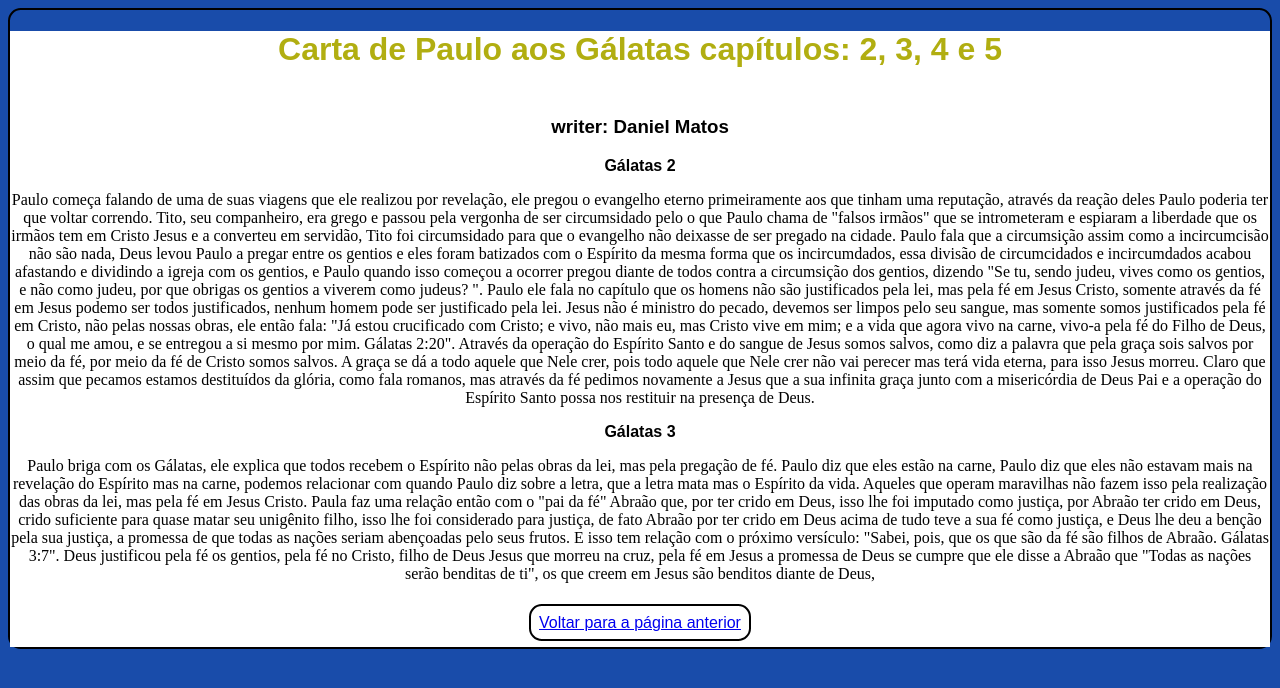
Repository: batmit/FutureFundation.github.io-1
Page: menu/articles/cristianism/importantchapters/galatians.html
These files come from the project's save history. The page is drawn as it stood at one moment and after the next save; the edit follows.
The browser window is 1280 px wide. The pictures show the whole page.

Above is the page before, as saved 2021-07-12 11:55:39.

### menu/articles/cristianism/importantchapters/galatians.html
<!DOCTYPE html>
<html lang="pt-BR">
<head>
    <meta charset="UTF-8">
    <meta http-equiv="X-UA-Compatible" content="IE=edge">
    <meta name="viewport" content="width=device-width, initial-scale=1.0">
    <title>Gálatas 2, 3, 4 e 5</title>
    <link rel="stylesheet" href="/menu/main.css">
</head>
<body>
    <div id="all">
        <header>
            <h1>
                Carta de Paulo aos Gálatas capítulos: 2, 3, 4 e 5
            </h1>
            <h3>
                writer: Daniel Matos
            </h3>
        </header>

        <strong>Gálatas 2</strong>

        <p>Paulo começa falando de uma de suas viagens que ele realizou por revelação, ele pregou o evangelho eterno primeiramente aos que tinham uma reputação, através da reação deles Paulo poderia ter que voltar correndo. Tito, seu companheiro, era grego e passou pela vergonha de ser circumsidado pelo o que Paulo chama de "falsos irmãos" que se intrometeram e espiaram a liberdade que os irmãos tem em Cristo Jesus e a converteu em servidão, Tito foi circumsidado para que o evangelho não deixasse de ser pregado na cidade. Paulo fala que a circumsição assim como a incircumcisão não são nada, Deus levou Paulo a pregar entre os gentios e eles foram batizados com o Espírito da mesma forma que os incircumdados, essa divisão de circumcidados e incircumdados acabou afastando e dividindo a igreja com os gentios, e Paulo quando isso começou a ocorrer pregou diante de todos contra a circumsição dos gentios, dizendo "Se tu, sendo judeu, vives como os gentios, e não como judeu, por que obrigas os gentios a viverem como judeus? ". Paulo ele fala no capítulo que os homens não são justificados pela lei, mas pela fé em Jesus Cristo, somente através da fé em Jesus podemo ser todos justificados, nenhum homem pode ser justificado pela lei. Jesus não é ministro do pecado, devemos ser limpos pelo seu sangue, mas somente somos justificados pela fé em Cristo, não pelas nossas obras, ele então fala: "Já estou crucificado com Cristo; e vivo, não mais eu, mas Cristo vive em mim; e a vida que agora vivo na carne, vivo-a pela fé do Filho de Deus, o qual me amou, e se entregou a si mesmo por mim.

            Gálatas 2:20". Através da operação do Espírito Santo e do sangue de Jesus somos salvos, como diz a palavra que pela graça sois salvos por meio da fé, por meio da fé de Cristo somos salvos. A graça se dá a todo aquele que Nele crer, pois todo aquele que Nele crer não vai perecer mas terá vida eterna, para isso Jesus morreu. Claro que assim que pecamos estamos destituídos da glória, como fala romanos, mas através da fé pedimos novamente a Jesus que a sua infinita graça junto com a misericórdia de Deus Pai e a operação do Espírito Santo possa nos restituir na presença de Deus. </p>

        <strong>Gálatas 3</strong>

    <p>Paulo briga com os Gálatas, ele explica que todos recebem o Espírito não pelas obras da lei, mas pela pregação de fé. Paulo diz que eles estão na carne, Paulo diz que eles não estavam mais na revelação do Espírito mas na carne, podemos relacionar com quando Paulo diz sobre a letra, que a letra mata mas o Espírito da vida. Aqueles que operam maravilhas não fazem isso pela realização das obras da lei, mas pela fé em Jesus Cristo. Paula faz uma relação então com o "pai da fé" Abraão que, por ter crido em Deus, isso lhe foi imputado como justiça, por Abraão ter crido em Deus, crido suficiente para quase matar seu unigênito filho, isso lhe foi considerado para justiça, de fato Abraão por ter crido em Deus acima de tudo teve a sua fé como justiça, e Deus lhe deu a benção pela sua justiça, a promessa de que todas as nações seriam abençoadas pelo seus frutos. E isso tem relação com o próximo versículo: "Sabei, pois, que os que são da fé são filhos de Abraão.

        Gálatas 3:7". Deus justificou pela fé os gentios, pela fé no Cristo, filho de Deus Jesus que morreu na cruz, pela fé em Jesus a promessa de Deus se cumpre que ele disse a Abraão que "Todas as nações serão benditas de ti", os que creem em Jesus são benditos diante de Deus, </p>

        <a href="/menu/articles/cristianism/chaptersimportant.html">Voltar para a página anterior</a>
    </div>
</body>
</html>

### menu/main.css
body{

    text-align: center;

    border: black 2px solid;

    border-radius: 0.8rem;

    font-family: 'Poppins', sans-serif;

    background-color: #194caa;


}

#articles {
    gap: 3px;
}

#all{

    background-color: white;

}


#codigo{
    text-align:left;

}


img{
    text-align: center;
    justify-content: center;

}

p{

    font-family: 'Poppins';

}
a{
    border: 2px solid black;

    border-radius: 0.8rem;

    box-sizing: border-box;

    padding: 0.5rem;

    line-height:3rem;

    margin: 2px;


}

a:hover{

    background-color:rgb(80, 158, 231);

}

h1{

    margin-bottom: 3rem;

    color: rgb(177, 174, 17);

}

audio {
    -webkit-transition:all 0.5s linear;
    -moz-transition:all 0.5s linear;
    -o-transition:all 0.5s linear;
    transition:all 0.5s linear;
    -moz-box-shadow: 2px 2px 4px 0px #006773;
    -webkit-box-shadow:  2px 2px 4px 0px #006773;
    box-shadow: 2px 2px 4px 0px #006773;
    -moz-border-radius:7px 7px 7px 7px ;
    -webkit-border-radius:7px 7px 7px 7px ;
    border-radius:7px 7px 7px 7px ;
}

audio:hover, audio:focus, audio:active {

-webkit-box-shadow: 15px 15px 20px rgba(0,0, 0, 0.4);
-moz-box-shadow: 15px 15px 20px rgba(0,0, 0, 0.4);
box-shadow: 15px 15px 20px rgba(0,0, 0, 0.4);
-webkit-transform: scale(1.05);
-moz-transform: scale(1.05);
transform: scale(1.05);

}



@media (max-width: 900px) {


    a{

        display: block;
        line-height: 0.5rem;
        padding: 1rem;

    }

    #img{
        text-align: right;
    }

}

@media (prefers-color-scheme: dark) {
    #all{

        background-color: black;

    }

    h1{
        color: white
    }

    p{
        color: white;
    }

    a{
        background-color: aqua;
    }

    h3{
        color: white;
    }

    strong {
        color: white;
    }


}

After the next save:
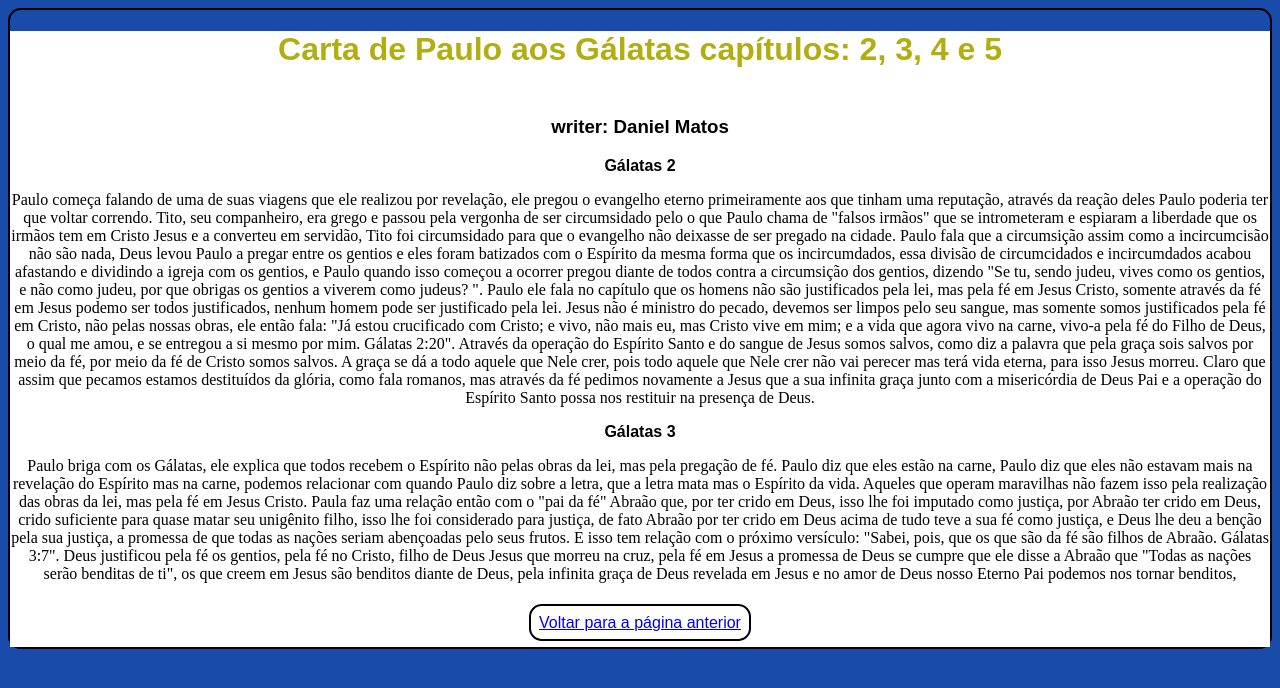
Saved 27 s later.
--- a/menu/articles/cristianism/importantchapters/galatians.html
+++ b/menu/articles/cristianism/importantchapters/galatians.html
@@ -28,7 +28,7 @@
 
     <p>Paulo briga com os Gálatas, ele explica que todos recebem o Espírito não pelas obras da lei, mas pela pregação de fé. Paulo diz que eles estão na carne, Paulo diz que eles não estavam mais na revelação do Espírito mas na carne, podemos relacionar com quando Paulo diz sobre a letra, que a letra mata mas o Espírito da vida. Aqueles que operam maravilhas não fazem isso pela realização das obras da lei, mas pela fé em Jesus Cristo. Paula faz uma relação então com o "pai da fé" Abraão que, por ter crido em Deus, isso lhe foi imputado como justiça, por Abraão ter crido em Deus, crido suficiente para quase matar seu unigênito filho, isso lhe foi considerado para justiça, de fato Abraão por ter crido em Deus acima de tudo teve a sua fé como justiça, e Deus lhe deu a benção pela sua justiça, a promessa de que todas as nações seriam abençoadas pelo seus frutos. E isso tem relação com o próximo versículo: "Sabei, pois, que os que são da fé são filhos de Abraão.
 
-        Gálatas 3:7". Deus justificou pela fé os gentios, pela fé no Cristo, filho de Deus Jesus que morreu na cruz, pela fé em Jesus a promessa de Deus se cumpre que ele disse a Abraão que "Todas as nações serão benditas de ti", os que creem em Jesus são benditos diante de Deus, </p>
+        Gálatas 3:7". Deus justificou pela fé os gentios, pela fé no Cristo, filho de Deus Jesus que morreu na cruz, pela fé em Jesus a promessa de Deus se cumpre que ele disse a Abraão que "Todas as nações serão benditas de ti", os que creem em Jesus são benditos diante de Deus, pela infinita graça de Deus revelada em Jesus e no amor de Deus nosso Eterno Pai podemos nos tornar benditos, </p>
 
         <a href="/menu/articles/cristianism/chaptersimportant.html">Voltar para a página anterior</a>
     </div>
